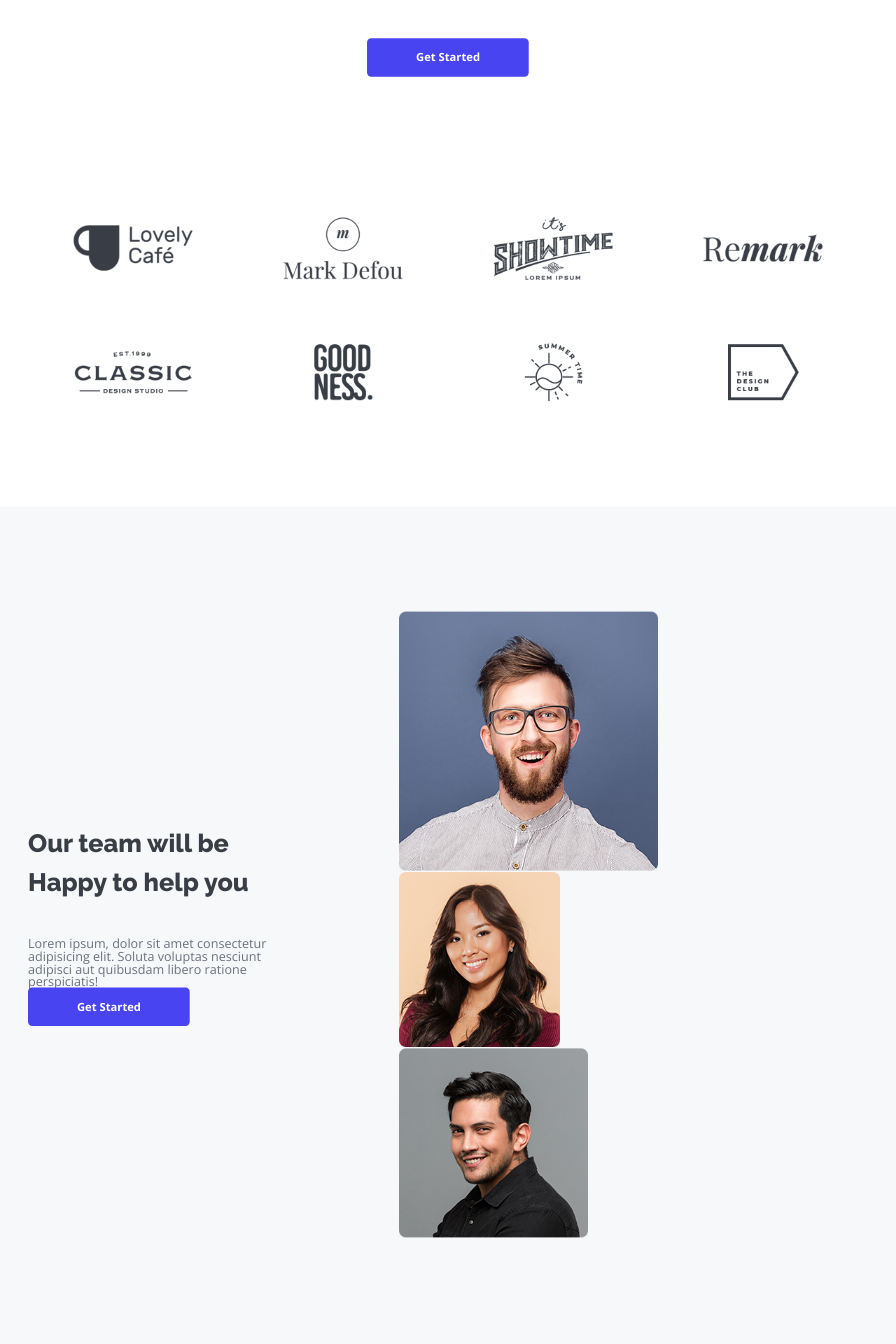
Repository: kate30980/LP-practiceoctavian
Page: index.html
An editor plug-in stored every save of this project. The page is shown before and after the next save, followed by the edit.
The browser window is 1280 px wide. The pictures show the part of the page from y = 3354 to 5274 px (the page is 5274 px tall), at 70% of full size.
The style sheet was rebuilt from its Sass, Less or Tailwind sources for each picture, by a compiler version that may differ from the author's.

Above is the page before, as saved 2021-08-25 16:08:00.

After the next save:
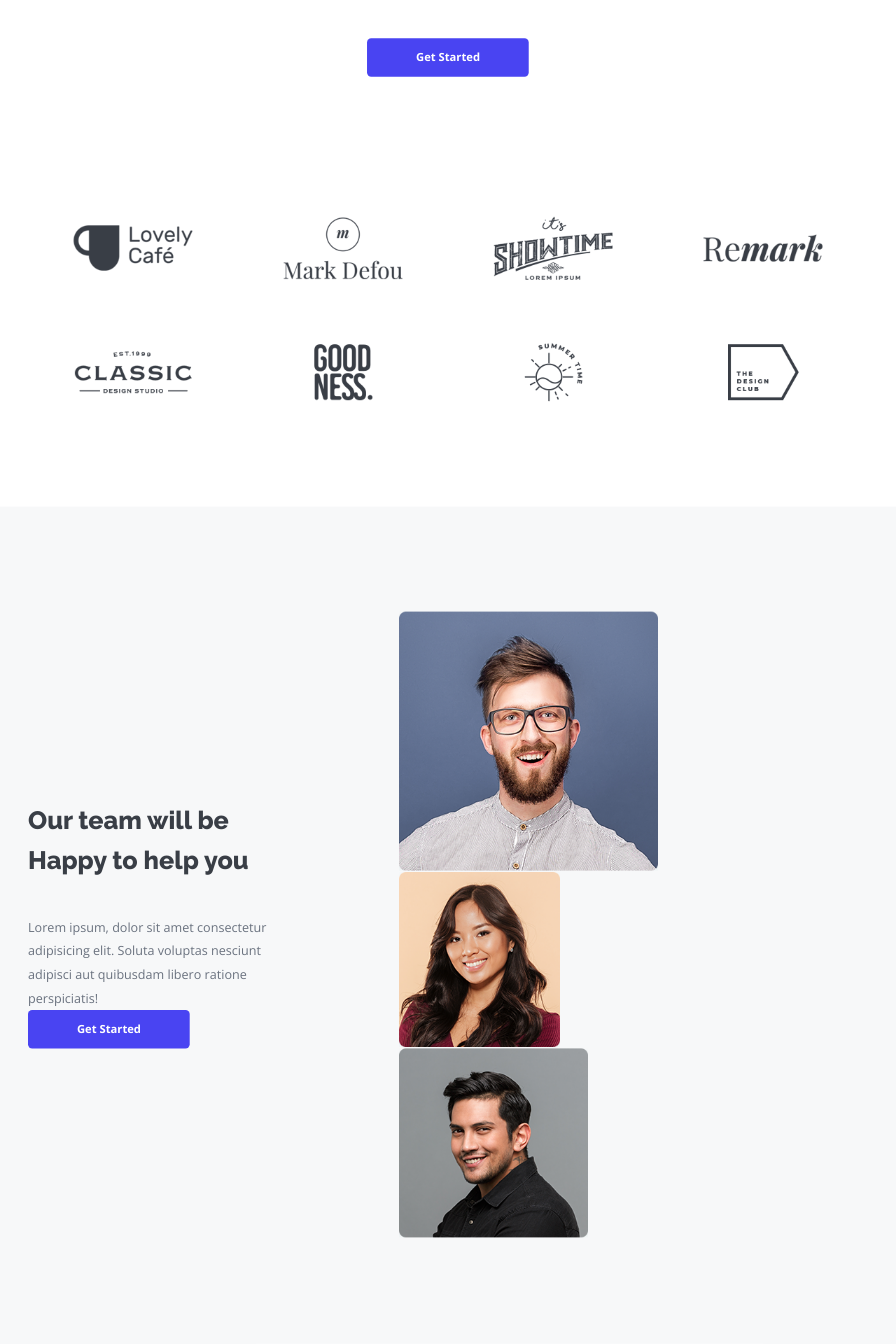
Saved 3 min 1 s later.
--- a/sass/_team.scss
+++ b/sass/_team.scss
@@ -24,5 +24,6 @@
     }
     &-desc{
         font-size: 18px;
+        line-height: lineH(34,18);
     }
 }
